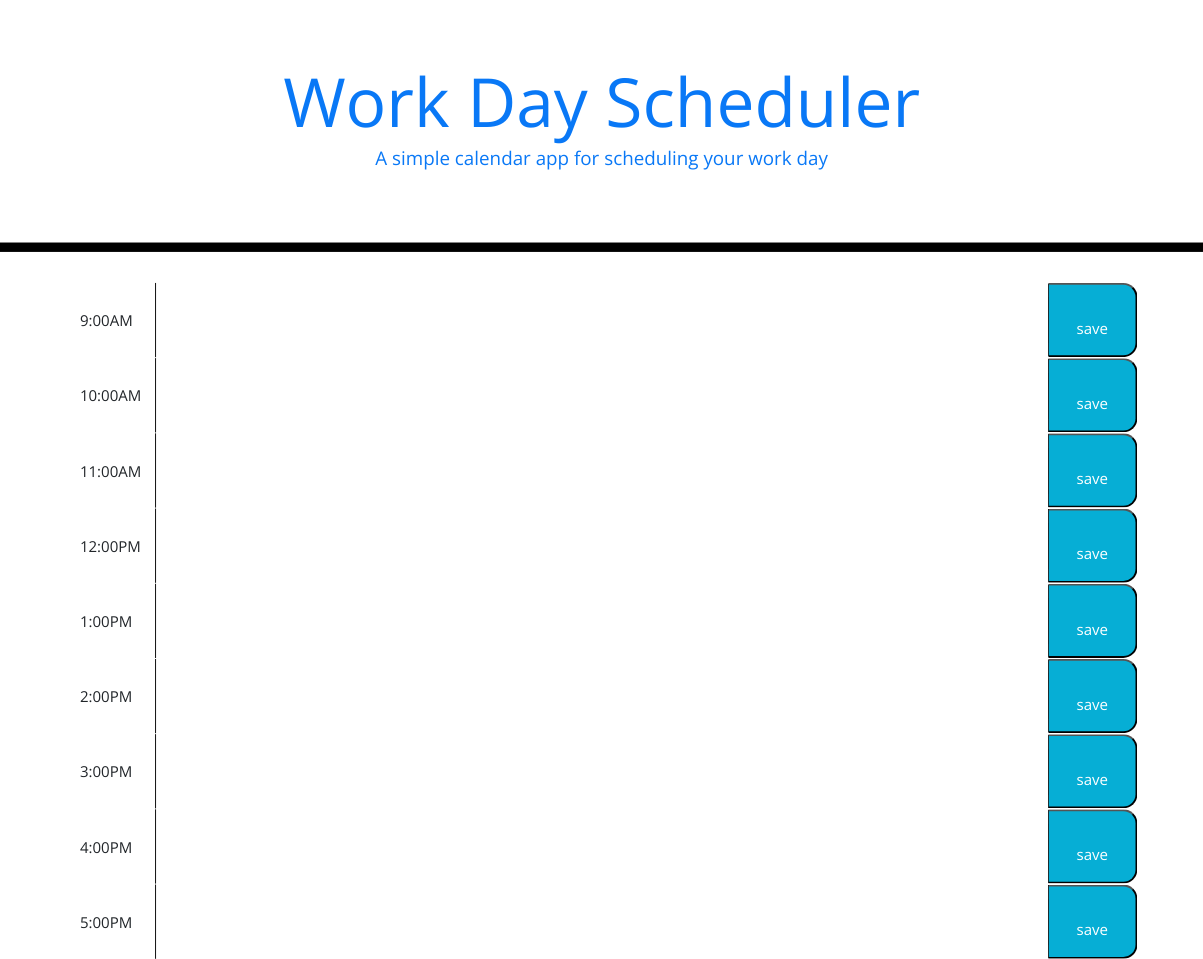
Repository: Mf948/DailyPlannerJS
Page: Develop/index.html
These files come from the project's save history. The page is drawn as it stood at one moment and after a run of saves; the edit follows.
The browser window is 1280 px wide. The pictures show the whole page, at 94% of full size.
Some web libraries are served in a nearby version.

Above is the page before, as saved 2020-12-10 22:27:12.
Console error: SyntaxError: missing ) after argument list

After the next 2 saves:
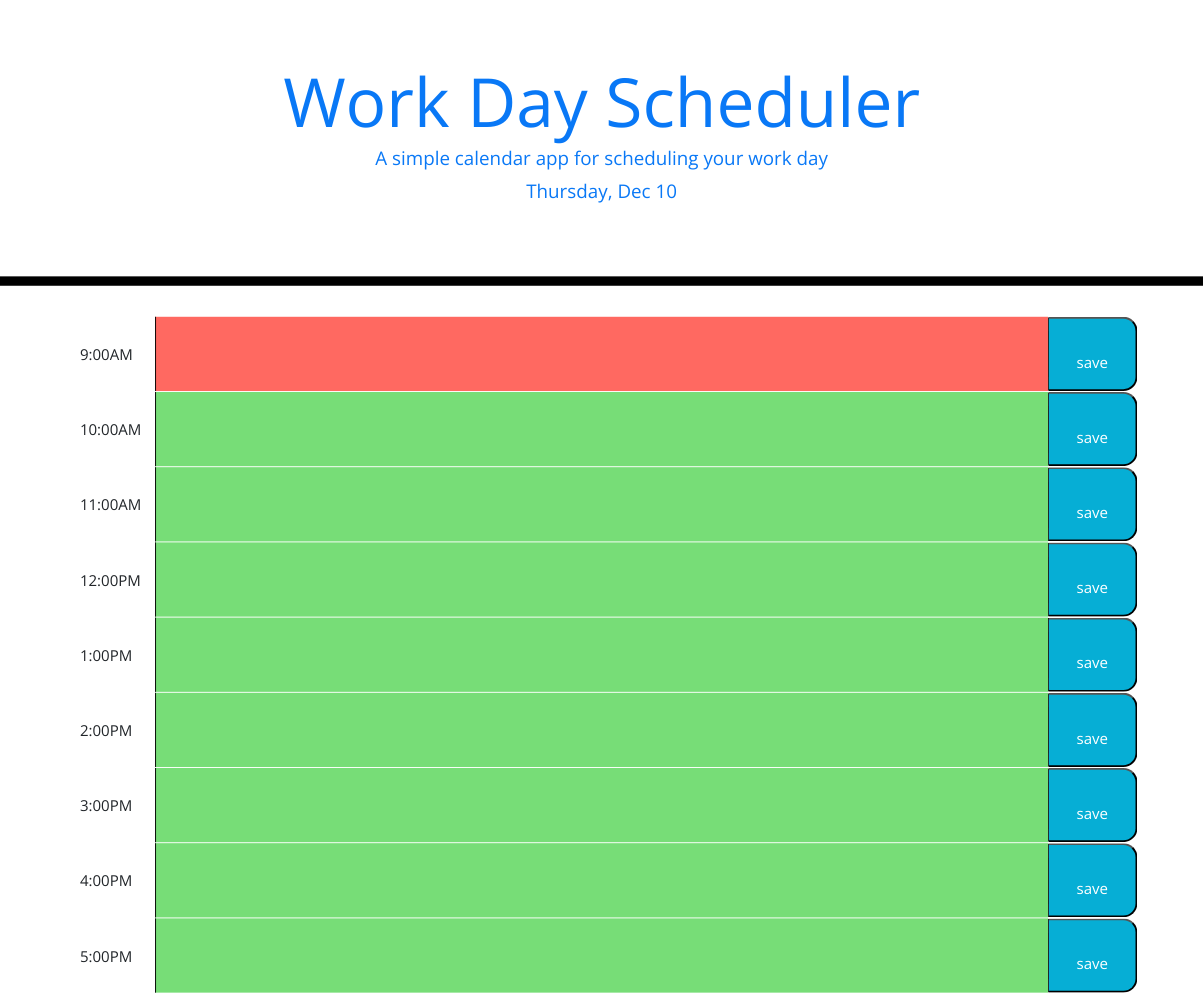
The error is gone.
The 2 saves are shown as one change because they came seconds apart.
The last was saved 6 s later.
--- a/Develop/script.js
+++ b/Develop/script.js
@@ -29,7 +29,8 @@
 
     //local storage list to button event - save to text area value along with the id into local storage
   $(".saveBtn").click(function(){
-      localStorage.setItem("textarea"description()
+      localStorage.setItem("textarea",description);
+
 
  });
 
